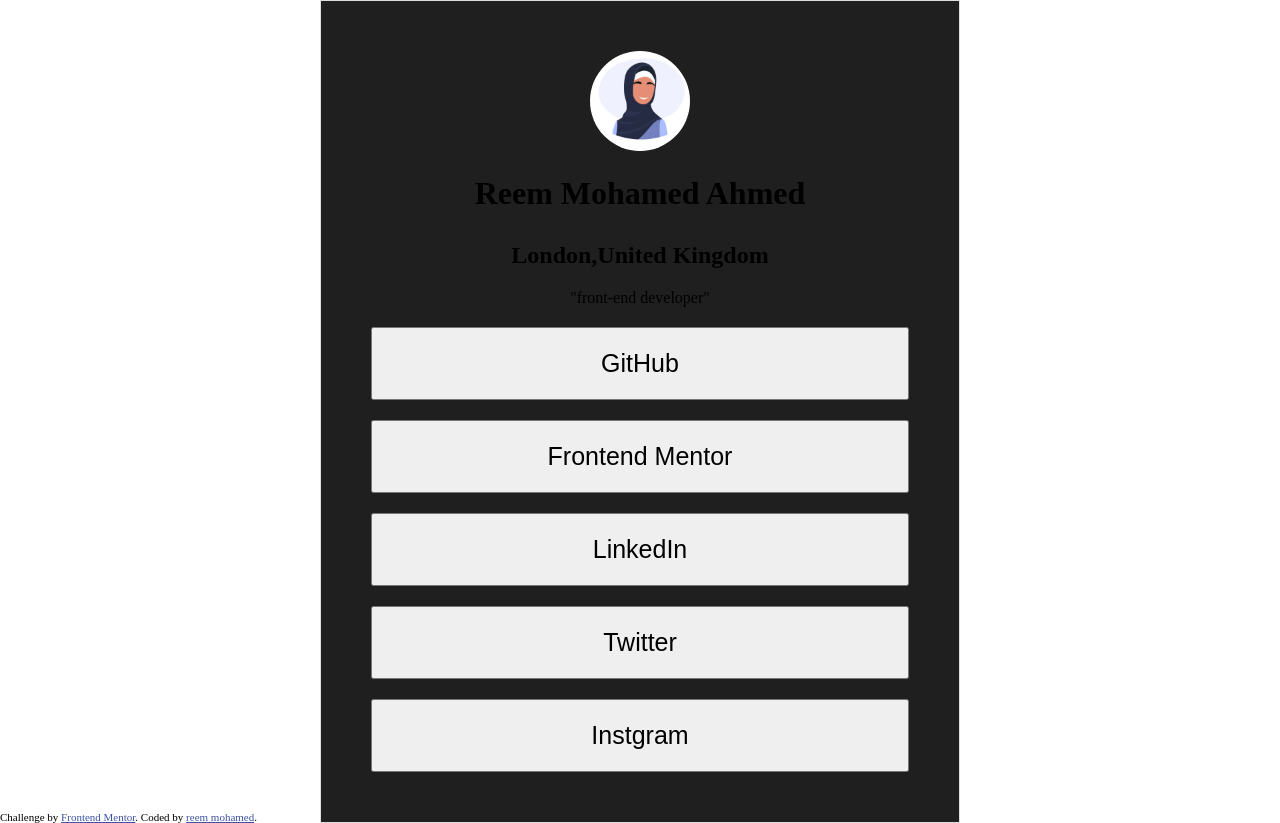
Repository: reemoon-ctrl/social_links_profile_main
Page: index.html
These files come from the project's save history. The page is drawn as it stood at one moment and after a run of saves; the edit follows.
The browser window is 1280 px wide. The pictures show the whole page.

Above is the page before, as saved 2024-07-23 10:24:18.

After the next 2 saves:
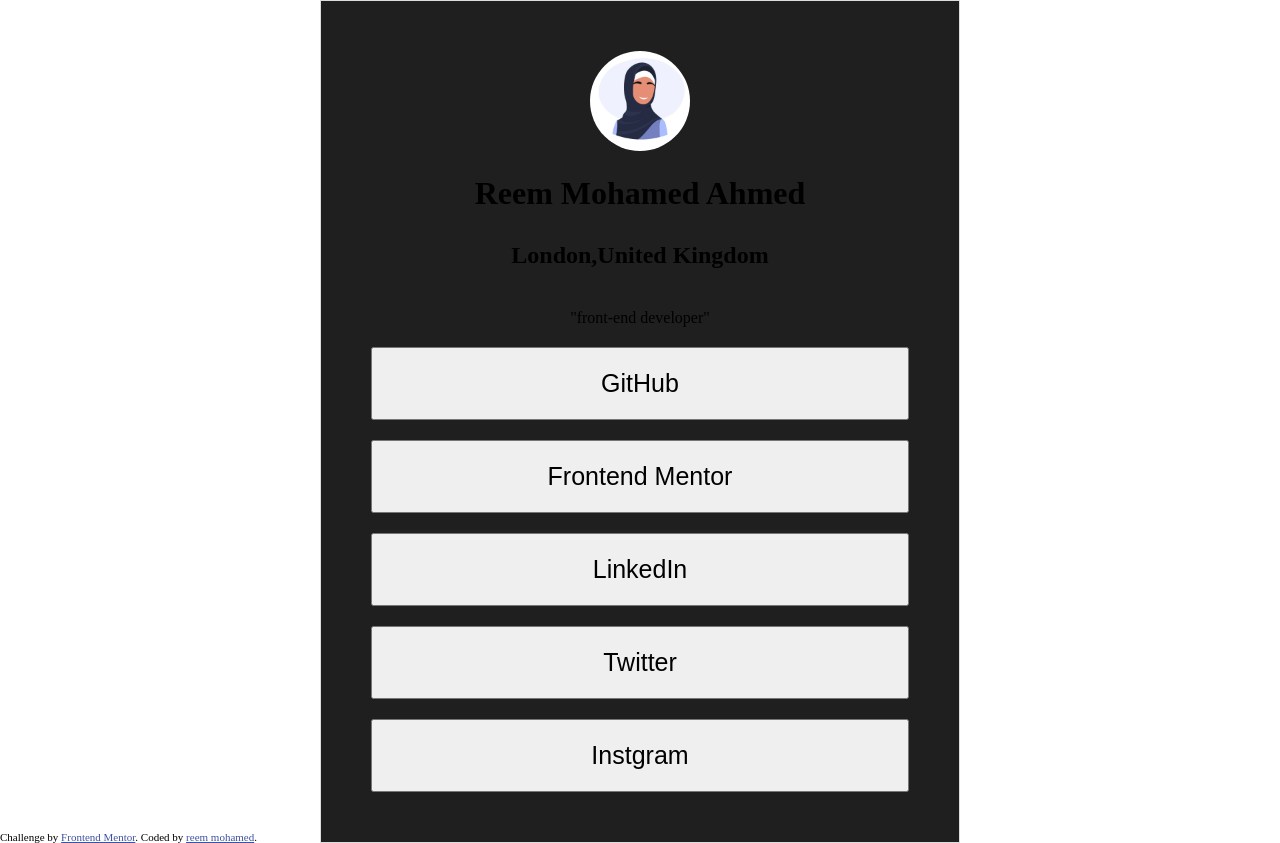
The 2 saves are shown as one change because they came seconds apart.
The last was saved 28 s later.
--- a/index.css
+++ b/index.css
@@ -39,8 +39,9 @@ h1{
     margin-bottom: 30px;
 }
 h2{
-    margin-bottom: 20px;
+    margin-bottom: 40px;
 }
+
 button{
     margin-top: 20px;
 }
